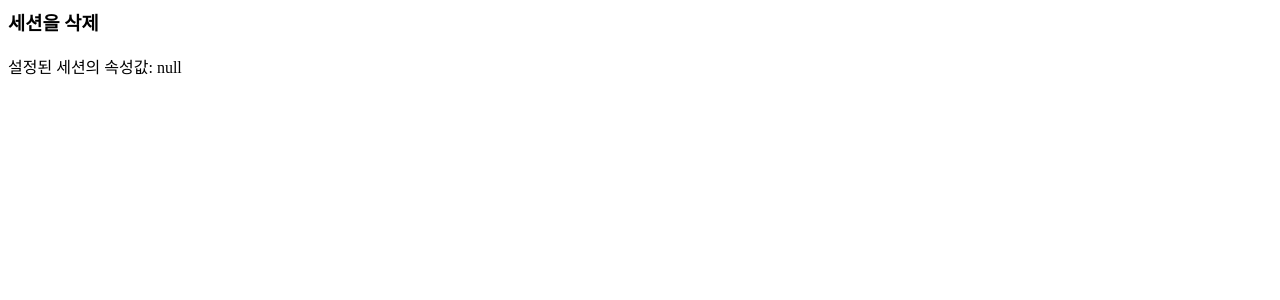
Repository: kiyongee2/kh-jsp
Page: http://localhost/jwbook/session/session3.jsp
The author's editor kept a copy of each file at every save. The page is drawn from the files as they stood at one save, then again after the next save.
The browser window is 1280 px wide. The pictures show the whole page.
The page is served by Tomcat 9.

Above is the page before, as saved 2023-11-21 21:39:22.

After the next save:
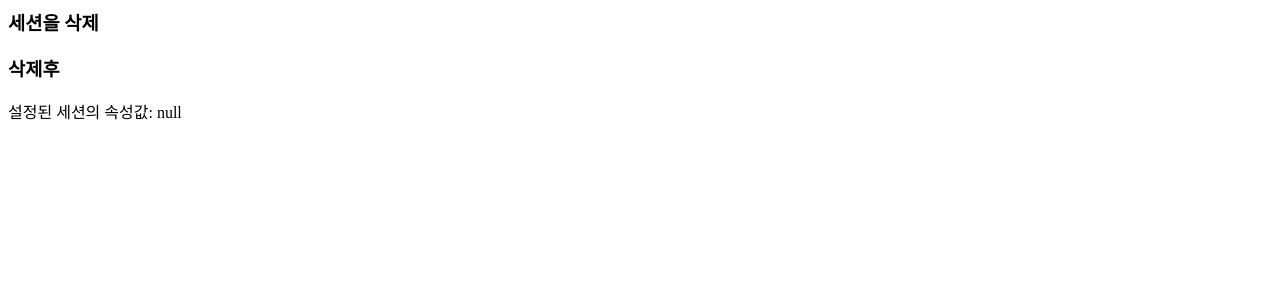
Saved 57 s later.
--- a/jwbook/src/main/webapp/session/session3.jsp
+++ b/jwbook/src/main/webapp/session/session3.jsp
@@ -5,7 +5,8 @@
 	String id = (String)session.getAttribute("userID");
 
     session.invalidate();
-
-    out.println("설정된 세션의 속성값: " + id + "<br>");
-
 %>
+<h3>삭제후</h3>
+<%
+	out.println("설정된 세션의 속성값: " + id + "<br>");
+%>
